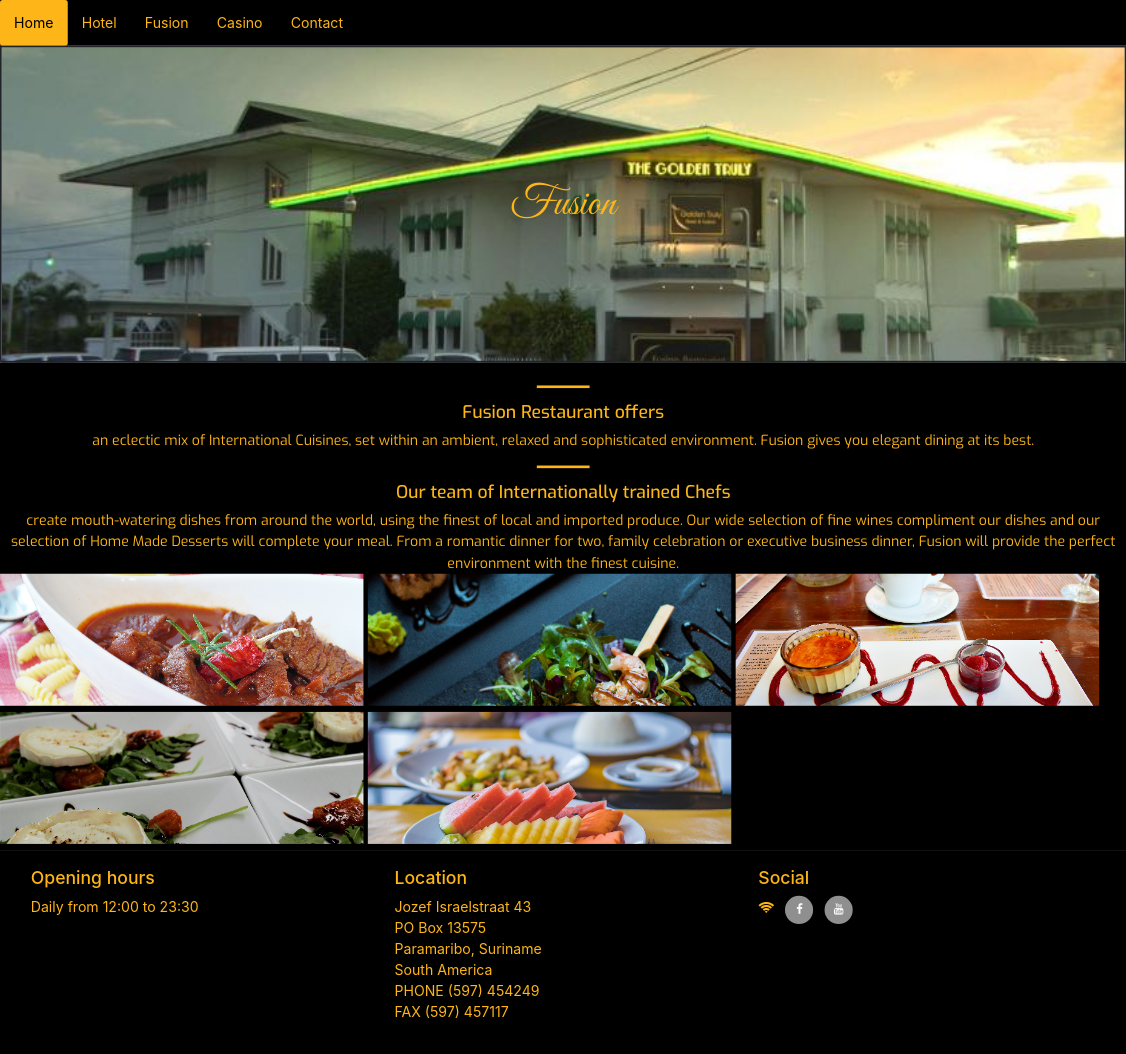
Repository: Code-Institute-Submissions/anthonycaf-Milestone1
Page: fusion.html
The author's editor kept a record of every edit. The page is drawn from the files as they stood at one moment, then again after the next edit.
The browser window is 1280 px wide. The pictures show the whole page, at 88% of full size.

Above is the page before.

### fusion.html
<!DOCTYPE html>
<html lang="en">

<head>
 <meta charset="UTF-8">
 <meta name="viewport" content="width=device-width, initial-scale=1.0">
 <meta http-equiv="X-UA-Compatible" content="ie=edge">
 <!--             links/bootstrap/fontawsome    -->
 <link rel="stylesheet" href="https://stackpath.bootstrapcdn.com/font-awesome/4.7.0/css/font-awesome.min.css" type="text/css" />
 <link rel="stylesheet" href="https://stackpath.bootstrapcdn.com/bootstrap/4.3.1/css/bootstrap.min.css" type="text/css" />
 <!--             main/css                      -->
 <link rel="stylesheet" href="./css/style.css" type="text/css" />
 <title>Golden Truly Hotel</title>
</head>

<body>
 <header>
  <ul Id="nav-bar">
   <li class="nav-bar-item"><a class="nav-link-item" href="index.html">Home</a></li>
   <li class="nav-bar-item"><a class="nav-link-item" href="hotel.html">Hotel</a></li>
   <li class="nav-bar-item"><a class="nav-link-item" href="fusion.html">Fusion</a></li>
   <li class="nav-bar-item"><a class="nav-link-item" href="casino.html">Casino</a></li>
   <li class="nav-bar-item"><a class="nav-link-item" href="contact.html">Contact</a></li>
  </ul>
  <div class="bg-image-title">
   <a href="index.html" class="img"></a>
   <h1 id="title">Fusion</h1>
  </div>
 </header>
 <main>
  <hr class="block-divider">
 <section class="section-fustion text-center">
     <h5>Fusion Restaurant offers</h5>an eclectic mix of International Cuisines,
     set within an ambient, relaxed and  sophisticated environment.
     Fusion gives you elegant dining at its best.
     <hr class="block-divider">
     <h5>Our team of Internationally trained Chefs</h5>create mouth-watering dishes from around the world,
     using the finest of local and imported produce. Our wide selection of
     fine wines compliment our dishes and our selection of Home Made Desserts
     will complete your meal. From a romantic dinner for two, family celebration
     or executive business dinner,
     Fusion will provide the perfect environment with the finest cuisine.
 </section>
 <section class="images">
   <div class="bg-food col-4 bg-food-img1 ">
     <a href="index.html"></a></div>
    <div class="bg-food col-4 bg-food-img3"><a href="index.html"></a></div>
      <div class="bg-food col-4 bg-food-img2"><a href="index.html"></a></div>
     <div class="bg-food col-4 bg-food-img6"><a href="index.html"></a></div>
     <div class="bg-food col-4 bg-food-img5"><a href="index.html"></a></div>

 </section>
 </main>
 <footer class="container-fluid">
  <div id="footer-details" class="row">
   <div class="col-sm-4">
    <h5 class="uppercase general-sub">Opening hours</h5>
    <p class="inline-block">
   Daily from 12:00 to 23:30
    </p>
   </div>
   <div class="col-sm-4">
    <h5 class="uppercase general-sub">Location</h5>
    <p class="inline-block">Jozef Israelstraat 43<br> PO Box 13575<br> Paramaribo, Suriname<br> South America<br> PHONE (597) 454249<br> FAX (597) 457117
    </p>

   </div>
   <div class="col-sm-4">
    <h5 class="uppercase general-sub">Social</h5>
    <ul class="list-inline social-links">
     <li class="list-inline-item">
          <i class="fa fa-wifi" aria-hidden="true"></i>
          <span class="sr-only">wifi</span>
     </li>
     <li class="list-inline-item">
      <a href="https://www.facebook.com/FusionParamariboSuriname/" target="_blank">
          <i class="fa fa-facebook" aria-hidden="true"></i>
          <span class="sr-only">facebook</span>
         </a>
     </li>

     <li class="list-inline-item">
      <a href="https://youtu.be/yjYsTbYetro" target="_blank">
          <i class="fa fa-youtube" aria-hidden="true"></i>
          <span class="sr-only">youtube</span>
         </a>
     </li>
    </ul>
   </div>
  </div>
 </footer>


</body>

</html>

### css/style.css
 /*------------google-fonts----------*/

 @import url('https://fonts.googleapis.com/css?family=Exo:100,200,300,400,500,600,700|Great+Vibes&display=swap:100,200,300,400,500,600,700');

 body {
  margin: 0;
 }

 /*------------- images --------------*/

 .master-img1 {
  background-image: url(../images/master1.jpg);
 }

 .master-img2 {
  background-image: url(../images/housekeeping.jpg);
 }

 .master-img3 {
  background-image: url(../images/design-lobby-ceiling.jpg);
 }

 .suite-img1 {
  background-image: url(../images/suit1.jpg);
 }

 .suite-img2 {
  background-image: url(../images/suite2.jpg);
 }

 .suite-img3 {
  background-image: url(../images/suite3.jpg);
 }

 .bg-image-title {
  background: url("../images/golden-truly-hotel.jpg");
 }
 /*-------------------food-images -----------*/
 .bg-food-img1 {
  background-image: url("../images/beef-bowl.jpg");
 }
 .bg-food-img2 {
  background-image: url("../images/close-up-coffee.jpg");
 }
.bg-food-img3 {
  background-image: url("../images/close-up-cuisine.jpg");
 }
.bg-food-img4 {
  background-image: url("../images/chairs-coffee-shop.jpg");
 }
.bg-food-img5 {
  background-image: url("../images/cuisine-delicious.jpg");
 }
.bg-food-img6 {
  background-image: url("../images/cheese-cuisine.jpg");
 }
.bg-food-img7 {
  background-image: url("../images/brick-chair-table.jpg");
 }

.bg-food {
 display: inline-block;
 background-clip: border-box;
  background-position: center;
  background-repeat: no-repeat;
  background-size: cover;
  width: 32.3%;
  height: 150px;
}

 /*------------main----------*/

 main {
  font-family: "Exo", sans-serif;
  font-size: 1em;
  width: 100%;
  background-color: #000000;
  color: #fdb517;
  margin: 0 auto;
  padding-top: 10px;

 }

 .bg-image-title {
  background-clip: border-box;
  background-position: center;
  background-repeat: no-repeat;
  background-size: cover;
  transition: all .5s ease-in-out;
  -moz-transition: all .5s ease-in-out;
  -webkit-transition: all .5s ease-in-out;
  height: 360px;
  border: 2px solid;
 }

 #title {
  color: #fdb517;
  font-family: "Great Vibes", sans-serif;
  font-size: 3em;
  text-align: center;
  padding-top: 150px;
 }

 #welcome {
  color: #fdb517;
  font-family: "Great Vibes", sans-serif;
  font-size: 2.5em;

 }
.block-divider {
 width: 60px;
 height: 3px;
 border:0;
 background-color: #fdb517;
}
 .dl-list {
  max-width: 70%;
 }
/*------------ Section ------*/
 .section {
  padding-top: 10px;
  padding-bottom: 10px;
  margin: 0 auto;
  max-width: 70%;
 }
 .casino, .fusion {
  margin-bottom: 0;
 }


 /*-----------main nav-bar----------*/

 #nav-bar {
  width: 100vw;
  list-style-type: none;
  margin: 0;
  padding: 0;
  overflow: hidden;
  background-color: #000;
 }

 .nav-bar-item {
  float: left;
 }

 .nav-bar-item .nav-link-item {
  display: inline-block;
  color: #fdb517;
  text-align: center;
  padding: 8px 8px;
  text-decoration: none;
 }

 .nav-bar-item .nav-link-item:hover {
  background-color: #fdb517;
  color: #000000;
  border-radius: 3px;
  transition: all .8s ease-in-out;
 }

 .nav-bar-item {
  display: inline-block;
 }


 dd {
  color: #fafafa;
 }

 .room-services-item {
  margin-bottom: 0px;
  border-bottom-width: 20px;
  padding-bottom: 40px;
 }

 /*----------------iframe -----------*/

 iframe {
  width: 100%;
  height: 360px;
  border: none;
  margin: 0;
 }

 /*-----------main footer----------*/

 .container-fluid {
  background-color: #000000;
  color: #fdb517;

 }

 footer {
  background-color: #525252;
  color: #fafafa;
  min-height: 120px;
  margin: 0;
  padding: 0;
 }

 .social-links {
  padding-bottom: 15px;
 }

 .social-links li a i {
  width: 32px;
  height: 32px;
  padding: 12px 0;
  border-radius: 50%;
  font-size: 13px;
  line-height: 7px;
  text-align: center;
  color: #fafafa;
  background-color: #8f8f8f;
  transition: all 0.35s ease-in-out;
  -moz-transition: all 0.35s ease-in-out;
  -webkit-transition: all 0.35s ease-in-out;
  -o-transition: all 0.35s ease-in-out;
 }

 .social-links li a i:hover {
  background: #fdb517;
 }

 #footer-details {
  padding: 20px;
 }

 /*-----------hotel.html----------*/

 .bg-img-size {

  background-clip: border-box;
  background-position: center;
  background-repeat: no-repeat;
  background-size: cover;
  width: 33.3%;
  height: 150px;
 }


 /*----------- contact.html/form --------*/

 .contact-heading,
 .contact-thanks {
  font-family: "Great Vibes", sans-serif;
  font-weight: 300;
  margin-top: 25px;
  margin-bottom: 20px;

 }

 form {
  padding-top: 10px;
  margin: 0 auto;
  max-width: 70%;
 }

 button[type="submit"] {
  margin-top: 15px;
  margin-bottom: 20px;
  color: #fdb517;
  background-color: #000000;

 }

 /*-------------------------------------Media queries*/

 @media(min-width: 992px) {
  .center-form {
   padding-top: 30px;
   min-height: 240px;
   margin: 0 auto;
   max-width: 50%;
  }
  .section {
   padding-top: 30px;
   padding-bottom: 30px;
   margin: 0 auto;
   max-width: 70%;
  }
  .dl-list {
   max-width: 70%;
  }
  .nav-bar-item .nav-link-item {
   padding: 14px 16px;
  }
 }

After the next edit:
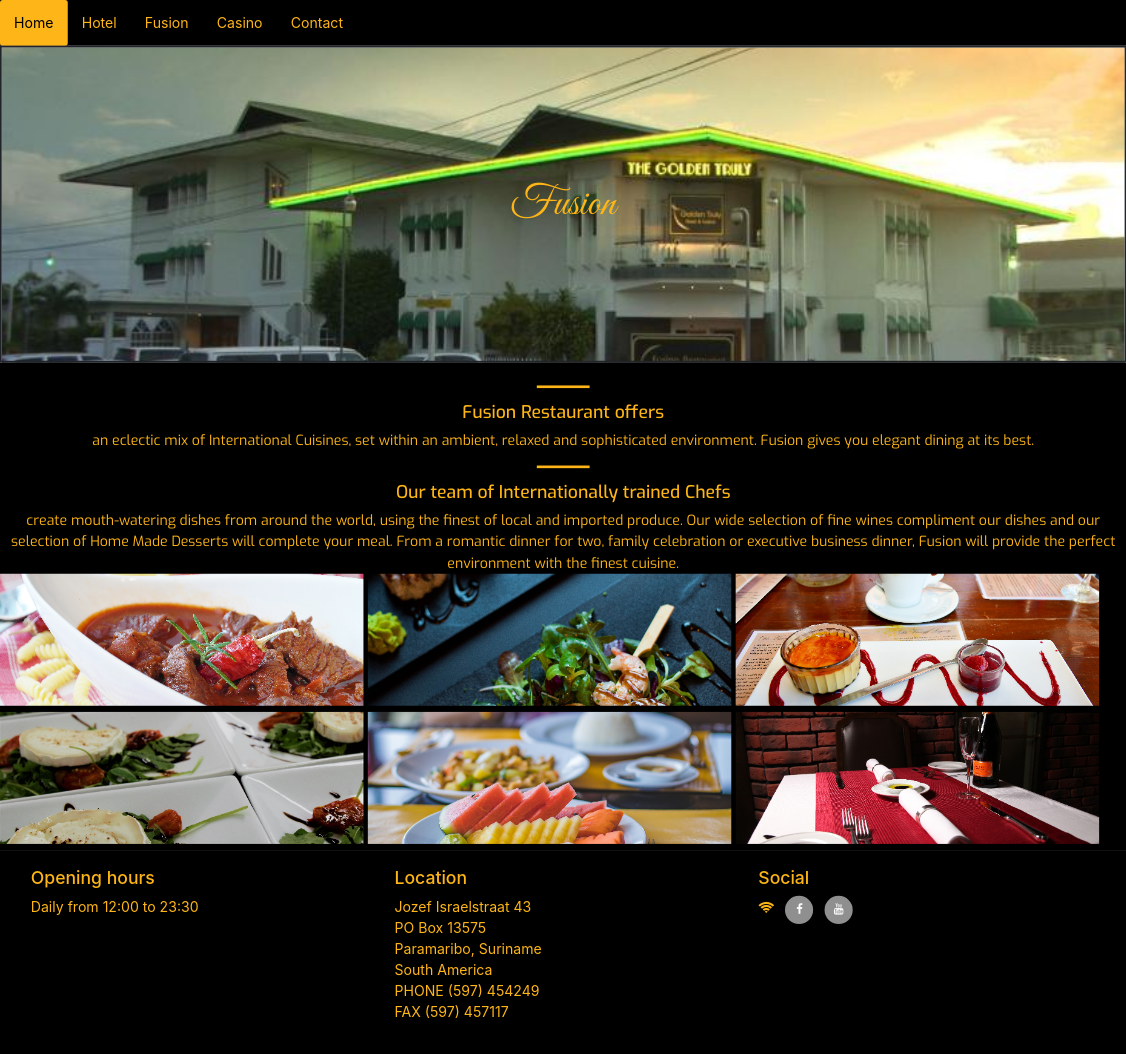
The edit:
--- a/fusion.html
+++ b/fusion.html
@@ -48,7 +48,7 @@
       <div class="bg-food col-4 bg-food-img2"><a href="index.html"></a></div>
      <div class="bg-food col-4 bg-food-img6"><a href="index.html"></a></div>
      <div class="bg-food col-4 bg-food-img5"><a href="index.html"></a></div>
-
+    <div class="bg-food col-4 bg-food-img7"><a href="index.html"></a></div>
  </section>
  </main>
  <footer class="container-fluid">
